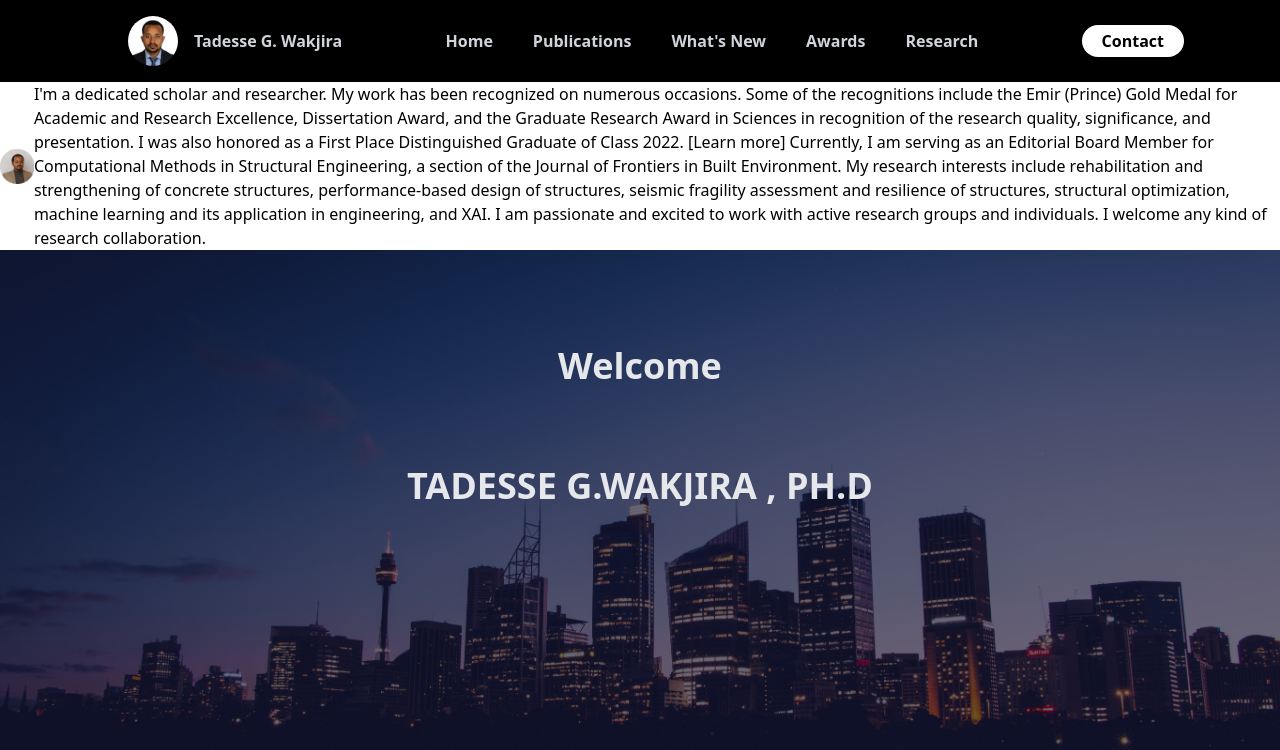
Repository: Elias-Kibret/Tade-portfoilo
Page: /
An editor plug-in stored every save of this project. The page is shown before and after a run of saves, followed by the edit.
The browser window is 1280 px wide. The pictures show the whole page.
The project was rebuilt for these pictures with package versions that can differ from the ones it lists, and the page was loaded fresh each time. The framework's server and built-in components were replaced by stand-ins that run in the browser. Also part of the build but not shown: next.config.js.

Above is the page before, as saved 2022-06-28 01:51:25.

### pages/index.tsx
import type { NextPage } from 'next'
import Head from 'next/head'
import Image from 'next/image'
import About from '../components/About'
import Header from '../components/Header'
import Hero from '../components/Hero'
const Home: NextPage = () => {
  return (
    <div>
      <Head>
        <title>Create Next App</title>
        <link rel="icon" href="/favicon.ico" />
      </Head>
      <Header/>
      <About/>
      <Hero/>
    </div>
  )
}

export default Home

### styles/globals.css
@tailwind base;
@tailwind components;
@tailwind utilities;

.hero{
    width:100%;
    height:500px;
    background-image: url('../public/Img/BG.jpg');
    background-size: cover;
    background-position: center;
    background-position: center;
    background-repeat: no-repeat;

}
.hero-cover{
    width:100%;
    height:500px;
    background: rgba(2,0,36,0.6);
background: linear-gradient(90deg, rgba(21, 20, 44, 0.7) 0%, rgba(18, 18, 41, 0.7).7) 35%, rgba(241, 246, 247, 0.8) 100%);
}

### components/About.tsx
import Image from 'next/image'
import profileImage from '../public/Img/Profile.png'
const About = () => {
  return (
    <section className='flex justify-between items-center '>
        <div>
        <Image  src={profileImage} width={200} height={200} alt="Tadessa G.wakjira"/>
        </div>
        <div>
           <p>
           I'm a dedicated scholar and researcher. My work has been recognized on numerous occasions. Some of the recognitions include the Emir (Prince) Gold Medal for Academic and Research Excellence, Dissertation Award, and the Graduate Research Award in Sciences in recognition of the research quality, significance, and presentation. I was also honored as a First Place Distinguished Graduate of Class 2022. [Learn more]

Currently, I am serving as an Editorial Board Member for Computational Methods in Structural Engineering, a section of the Journal of Frontiers in Built Environment.

My research interests include rehabilitation and strengthening of concrete structures, performance-based design of structures, seismic fragility assessment and resilience of structures, structural optimization, machine learning and its application in engineering, and XAI.

I am passionate and excited to work with active research groups and individuals. I welcome any kind of research collaboration.
           </p>
        </div>
    </section>
  )
}

export default About

### components/Header.tsx
import Head from "next/head"
import Link from "next/link"
import Image from "next/image"
import Logo from '../public/Img/Tadesse.png'
const Header = () => {
  return (
<header className=" bg-black font-semibold  pl-32 py-4 text-gray-300  ">
   <div className="flex justify-between items-center">
      <div className="flex items-center space-x-4">
    <Image src={Logo}   className="rounded-full" width={50} height={50}/>
    <span>Tadesse G. Wakjira</span>
      </div>
      <div className="flex justify-between">
        <nav className="flex list-none space-x-10  hidden md:inline-flex text-black-200">
            <li >
                <Link href="">
                    <a> Home</a>
                </Link>
            </li>
            <li>
                <Link href="">
                    <a> Publications <span></span></a>
                </Link>
            </li>
            <li>
                <Link href="">
                    <a> What's New</a>
                </Link>
            </li>
            <li>
                <Link href="">
                    <a> Awards</a>
                </Link>
            </li>
            <li>
                <Link href="">
                    <a> Research</a>
                </Link>
            </li>

        </nav>

      </div>
      <div className="mr-24 bg-white text-black px-5 py-1  rounded-full">
        <Link href=""  >
                    <a> Contact</a>
                </Link>
        </div>
    </div>
</header>
  )
}

export default Header

### components/Hero.tsx
import heroImage from '../public/Img/Hr.png'
import Image from 'next/image'
const Hero = () => {
  return (
<main  >
<div className='hero h-auto'>

<div className='text-gray-200 hero-cover font-bold   py-24 w-1/2 text-center text-4xl'>
  <div>
  <h1>Welcome</h1>
  <h2 className='py-20'>TADESSE G.WAKJIRA , PH.D</h2>
  </div>

</div>
</div>
</main>
  )
}

export default Hero

Loaded but not shown: pages/_app.tsx (common file); tailwind.config.js (common file)

After the next 2 saves:
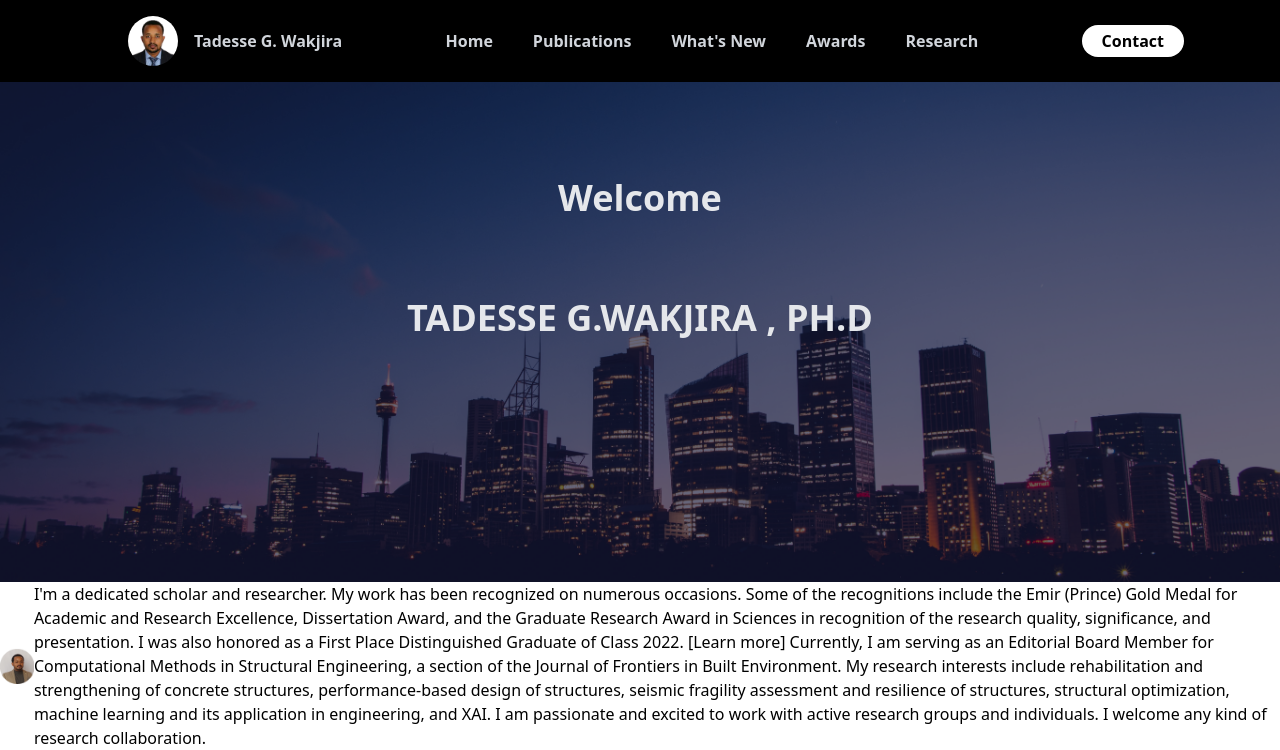
The 2 saves are shown as one change because they came seconds apart.
The last was saved 17 s later.
--- a/pages/index.tsx
+++ b/pages/index.tsx
@@ -12,8 +12,8 @@ const Home: NextPage = () => {
         <link rel="icon" href="/favicon.ico" />
       </Head>
       <Header/>
+      <Hero/>
       <About/>
-      <Hero/>
     </div>
   )
 }
